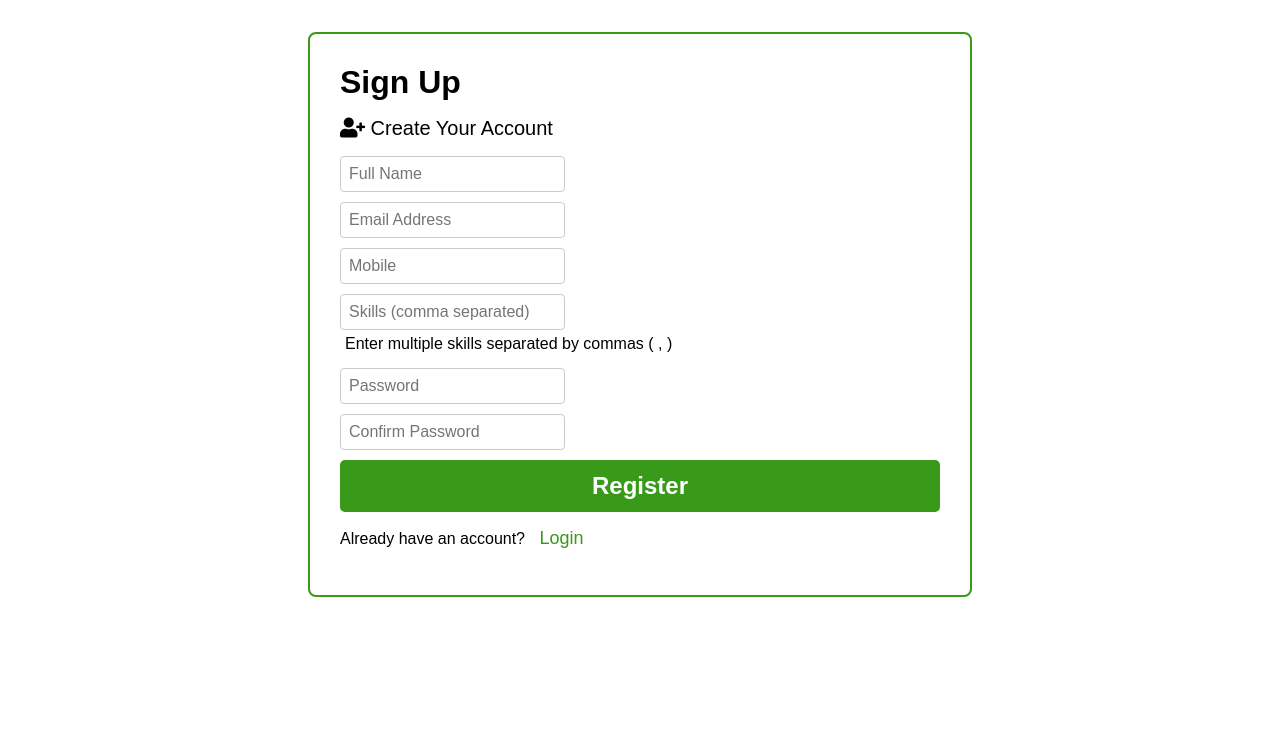
Repository: sayyad-mukthumsa-123/DevMania
Page: /register (app in frontend/)
These files come from the project's save history. The page is drawn as it stood at one moment and after the next save; the edit follows.
The browser window is 1280 px wide. The pictures show the whole page.
The project was rebuilt for these pictures with package versions that can differ from the ones it lists, and the page was loaded fresh each time. Also part of the build but not shown: frontend/src/pages/Home.js, frontend/src/pages/login.js, frontend/src/pages/Allprofiles.js, frontend/src/pages/MyProfile.js, frontend/src/pages/Indprofile.js.

Above is the page before, as saved 2025-03-01 00:01:44.

### frontend/public/index.html
<!-- public/index.html -->
<!DOCTYPE html>
<html lang="en">
<head>
  <meta charset="UTF-8">
  <meta name="viewport" content="width=device-width, initial-scale=1.0">
  <title>Developers Hub</title>
  <link rel="stylesheet" href="https://cdnjs.cloudflare.com/ajax/libs/font-awesome/5.15.3/css/all.min.css">
</head>
<body>
  <div id="root"></div>
</body>
</html>

### frontend/src/App.js
import React from 'react'
import {BrowserRouter,Route,Routes} from 'react-router-dom'
import Home from './pages/Home'
import Login from './pages/login'
import Register from './pages/register'
import Allprofiles from './pages/Allprofiles'
import MyProfile from './pages/MyProfile'
import Indprofile from './pages/Indprofile'

const App = () => {
  return (
    <div>

      <BrowserRouter>
      <Routes>
        <Route path='/' exact Component={Home}/>
        <Route path='/login' exact Component={Login}/>
        <Route path='/register' exact Component={Register}/>
        <Route path='/allprofiles' exact Component={Allprofiles}/>
        <Route path='/myprofile' exact Component={MyProfile}/>
        <Route path='/indprofile/:fullname/:email/:skill/:id' exact Component={Indprofile}/>
      </Routes>
      </BrowserRouter>
    </div>
  )
}

export default App

### frontend/src/pages/register.js
import React, { useState } from 'react';
import { Link, useNavigate } from 'react-router-dom';
import axios from 'axios';
import '../styles/styles.css';

const Register = () => {
    const [formData, setFormData] = useState({
        fullname: '',
        email: '',
        mobile: '',
        skill: '',
        password: '',
        confirmPassword: ''
    });

    const navigate = useNavigate();

    const handleChange = e => {
        setFormData({ ...formData, [e.target.name]: e.target.value });
    };

    const handleSubmit = async e => {
        e.preventDefault();

        if (formData.password !== formData.confirmPassword) {
            alert("Passwords do not match");
            return;
        }

        try {
            const response = await axios.post('http://localhost:5000/register', formData, {
                headers: {
                    'Content-Type': 'application/json',
                }
            });

            if (response.status === 200) {
                console.log('Success:', response.data);
                alert('Registration successful! Please log in.');
                navigate('/login');
            } else {
                console.error('Error:', response.statusText);
            }
        } catch (error) {
            console.error('Error:', error);
        }
    };

    return (
        <div>
            <section className="container">
                <h1 className='large'>Sign Up</h1>
                <p className='lead'><i className="fas fa-user-plus"></i> Create Your Account</p>
                <form className='form' onSubmit={handleSubmit} autoComplete='off'>
                    <div className='form-group'>
                        <input
                            type='text'
                            placeholder='Full Name'
                            name="fullname"
                            value={formData.fullname}
                            onChange={handleChange}
                            required
                        />
                    </div>
                    <div className='form-group'>
                        <input
                            type='email'
                            placeholder='Email Address'
                            name="email"
                            value={formData.email}
                            onChange={handleChange}
                            required
                        />
                    </div>
                    <div className='form-group'>
                        <input
                            type='text'
                            placeholder='Mobile'
                            name="mobile"
                            value={formData.mobile}
                            onChange={handleChange}
                            required
                        />
                    </div>
                    <div className='form-group'>
                        <input
                            type='text'
                            placeholder='Skills (comma separated)'
                            name="skill"
                            value={formData.skill}
                            onChange={handleChange}
                            required
                        />
                        <p className='form-text'>Enter multiple skills separated by commas ( , )</p>
                    </div>
                    <div className='form-group'>
                        <input
                            type='password'
                            placeholder='Password'
                            name="password"
                            value={formData.password}
                            onChange={handleChange}
                            minLength='6'
                            required
                        />
                    </div>
                    <div className='form-group'>
                        <input
                            type='password'
                            placeholder='Confirm Password'
                            name="confirmPassword"
                            value={formData.confirmPassword}
                            onChange={handleChange}
                            minLength='6'
                            required
                        />
                    </div>
                    <input type='submit' className='btn' value="Register" />
                </form>
                <p className="text">
                    Already have an account? <Link to="/login" className='link-auth'>Login</Link>
                </p>
            </section>
        </div>
    );
}

export default Register;

### frontend/src/styles/styles.css
/* General reset */
body, html {
  margin: 0;
  padding: 0;
  font-family: Arial, sans-serif;
  width: 100%;
  min-height: 100vh;

}

/* Navbar styles */
.navbar {
  display: flex;
  justify-content: space-between;
  align-items: center;
  padding: 4px;
  font-size: x-large;
  background-color: #22580f
}

.navbar h1 a {
  color: #ffffff;
  text-decoration: none;
}

.navbar ul {
  list-style: none;
  display: flex;
  margin: 0;
  padding: 10px;
  font-size: larger;
}
.navbar ul li
{
  padding: 10px;
  transition: all 0.3s ease;
}
.navbar ul li:hover
{
  transform: scale(1.2);
}
.navbar ul li {
  margin-left: 1rem;
}

.navbar ul li a {
  color: #ffffff;
  text-decoration: none;
}

/* Landing page styles */
/* .landing {
  height: 100%;
  display: flex;
  align-items: center;
  justify-content: center;
  color: black;
  position: relative;
}

.dark-overlay {
  position: absolute;
  top: 0;
  left: 0;
  right: 0;
  bottom: 0;
}

.landing-inner {
  text-align: center;
  z-index: 2;
  position: relative;
}

.x-large {
  font-size: 4rem;
}

.lead {
  font-size: 1.5rem;
  margin-bottom: 2rem;
  color: black;
}

.buttons .btn ,.btn{
  margin: 3rem 2rem;
  padding: 0.75rem 1.25rem;
  border: none;
  border-radius: 5px;
  cursor: pointer;
  text-decoration: none;
  font-size: x-large;
  background-color:#399918 ;
  color: #ffffff;
}


.btn-auth {
  transition: all 0.3s ease;
}
.btn-auth:hover
{
  transform: scale(1.1);
} */

.landing {
  height: 100vh;
  display: flex;
  align-items: center;
  justify-content: center;
  color: white;
  position: relative;
  background: url('../images/home.png') no-repeat center center/cover;
  text-align: center;
  flex-direction: column;
}

.dark-overlay {
  position: absolute;
  top: 0;
  left: 0;
  right: 0;
  bottom: 0;
  background: rgba(0, 0, 0, 0.6); /* Adds a dark overlay for better text visibility */
  display: flex;
  flex-direction: column;
  justify-content: center;
  align-items: center;
}

.landing-inner {
  text-align: center;
  z-index: 2;
  position: relative;
  padding: 2rem;
  max-width: 800px;
}

.x-large {
  font-size: 4rem;
  font-weight: bold;
}

.lead {
  font-size: 1.5rem;
  margin-bottom: 2rem;
}

.buttons {
  display: flex;
  justify-content: center;
  gap: 1.5rem;
}

.btn, .btn-auth {
  width: auto;
  padding: 0.75rem 1.5rem;
  border: none;
  border-radius: 8px;
  cursor: pointer;
  text-decoration: none;
  font-size: 1.25rem;
  font-weight: bold;
  background-color: #399918;
  color: #ffffff;
  transition: all 0.3s ease;
}

.btn-auth:hover {
  transform: scale(1.1);
  background-color: #2e7d12;
}

/* Ensure Navbar stays at the top */
.navbar {
  position: absolute;
  top: 0;
  left: 0;
  width: 100%;
  z-index: 3;
}


/* Container styles */
.container {
  width: 600px;
  margin: 2rem auto;
  padding: 30px;
  border: 2px solid #399918;
  color: black;
  border-radius: 8px;
  position: relative; /* To ensure proper z-index handling */
  z-index: 1; /* Ensures the container is above any background effects */
}

/* Form styles */
.form {


  display: flex;
  flex-direction: column;
}

.form-group {
  margin-bottom: 1.5rem;
}

.form-text
{
  margin:5px !important;
}
/* .form-group input {
  width: 10%;
  padding: 0.75rem;
  font-size: 1rem;
  border: 1px solid black;
  border-radius: 5px;
  transition: border-color 0.3s ease-in-out, box-shadow 0.3s ease-in-out;
} */

.form-group input:focus {
  border-color: #f6f7f9;
  box-shadow: 0 0 8px rgba(0, 123, 255, 0.3);
  outline: none;
}

.btn {
  display: inline-block;
  padding: 0.75rem 1.5rem;
  border: none;
  border-radius: 5px;
  cursor: pointer;
  text-decoration: none;
  font-size: 1.5rem;
  text-align: center;
}

/* .btn-primary {
  background-color: #007bff;
  color: #ffffff;
}

.btn-primary:hover {
  background-color: #0056b3;
  opacity: 0.9;
} */

/* .text-primary {
  color: #f6f8fb;
} */

.large {
  margin: 0 !important;
  font-size: 2rem;
  margin-bottom: 1rem;
}

.lead {
  font-size: 1.25rem;
  margin-bottom: 1rem;
}

.error {
  color: red;
  margin-top: 1rem;
}

p {
  margin-top: 1rem;
}
.link-auth{
  color:#399918;
  text-decoration: none;
  cursor: pointer;
  padding-left:10px ;
  transition: all 0.3s ease;
  display: inline-block;
  font-size: large;
}
.link-auth:hover
{
  transform: scale(1.3);
}
/* Profiles styles */
.profiles {
  display: flex;
  flex-direction: column;
  gap: 1rem;
}

.profile {
  background-color: #f4f4f4;
  padding: 1rem;
  display: flex;
  align-items: center;
  border: 1px solid #ccc;
  box-shadow: 0 4px 8px rgba(0, 0, 0, 0.1);
  border-radius: 5px;
  margin-bottom: 1rem;
}

.profile .round-img {
  width: 100px;
  border-radius: 50%;
  margin-right: 1rem;
}

.profile-info {
  flex: 1;
}

.profile-info h2 {
  margin: 0 0 0.5rem 0;
}

.profile-info p {
  margin: 0.5rem 0;
}

.profile-info .btn {
  display: inline-block;
  background-color:#399918;
  color: #fff;
  padding: 0.5rem 1rem;
  text-decoration: none;
  border-radius: 0.25rem;
  margin-top: 0.5rem;
  transition: all 0.3s ease;
}

.profile-info .btn:hover {
  transform: scale(1.1);
  background-color:#399918;
}

.profile-skills {
  list-style: none;
  padding: 0;
  display: flex;
  flex-direction: column;
  gap: 0.5rem;
  margin-left: 1rem;
  color: black;
}

.profile-skills li {
  display: flex;
  align-items: center;
  color:greenyellow;
}

.profile-skills li i {
  margin-right: 0.5rem;
}

/* GitHub Section */
.profile-github {
  margin-top: 1rem;
}

.profile-github h2 {
  margin-bottom: 1rem;
}

.repo {
  background: #fff;
  padding: 1rem;
  margin-bottom: 1rem;
  border: 1px solid #ccc;
}

.repo h4 {
  margin: 0.5rem 0;
}

.repo p {
  margin: 0.5rem 0;
}

/* Form */
.form {
  margin-top: 1rem;
}

.form-group {
  margin-bottom: 10px;
}

.form-group input {
  width:97;
  padding: 0.5rem;
  border: 1px solid #ccc;
  border-radius: 0.25rem;
  font-size: 1rem;
}

.form-group input:focus {
  border-color: #007bff;
  outline: none;
}

/* .btn-primary {
  background: #007bff;
  color: #fff;
  border: none;
  padding: 0.5rem 1rem;
  cursor: pointer;
}

.btn-primary:hover {
  background: #0056b3;
} */

/* Profile Grid */
.profile-grid {
  display: grid;
  grid-template-columns: 1fr;
  grid-gap: 1rem;
  margin-top: 1rem;
}

.profile-top {
  background: #0a0a0a;
  color: #fff;
  padding: 1rem;
  text-align: center;
}

.profile-top img {
  width: 150px;
  border-radius: 50%;
}

.profile-top h1 {
  margin: 0.5rem 0;
}

.profile-top p {
  margin: 0.5rem 0;
}
a{
  color:aqua
}
 .white-text {
  color: black;
}
 .skill-text {
  /* background-color: #5e585c16;  */
  color: #c51414;
  padding: 10px 15px;
  border-radius: 5px;
  display: flex;
  align-items: center;
  font-size: 16px;
  margin-top: 2px;
  /* box-shadow: 0 2px 4px rgba(0, 0, 0, 0.1);  */
}


.skill-text i {
  color: #28a745;
  margin-right: 30px;
}
.taskprovider
{
  color:#28a745;
  text-decoration: none;
  font-size: xx-large;
}

Loaded but not shown: frontend/src/index.js (common file); frontend/src/index.css (common file); frontend/src/reportWebVitals.js (common file)

After the next save:
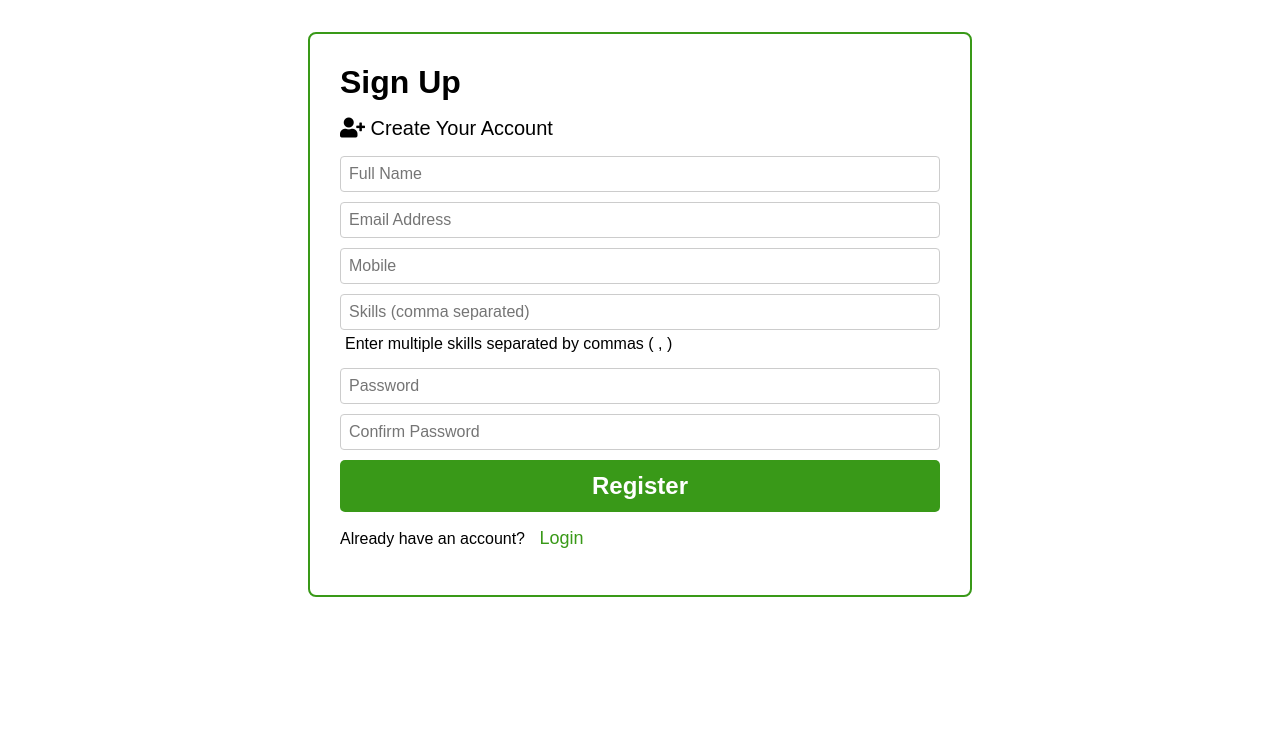
Saved 4 s later.
--- a/frontend/src/styles/styles.css
+++ b/frontend/src/styles/styles.css
@@ -387,7 +387,7 @@ p {
 }
 
 .form-group input {
-  width:97;
+  width:97%;
   padding: 0.5rem;
   border: 1px solid #ccc;
   border-radius: 0.25rem;
